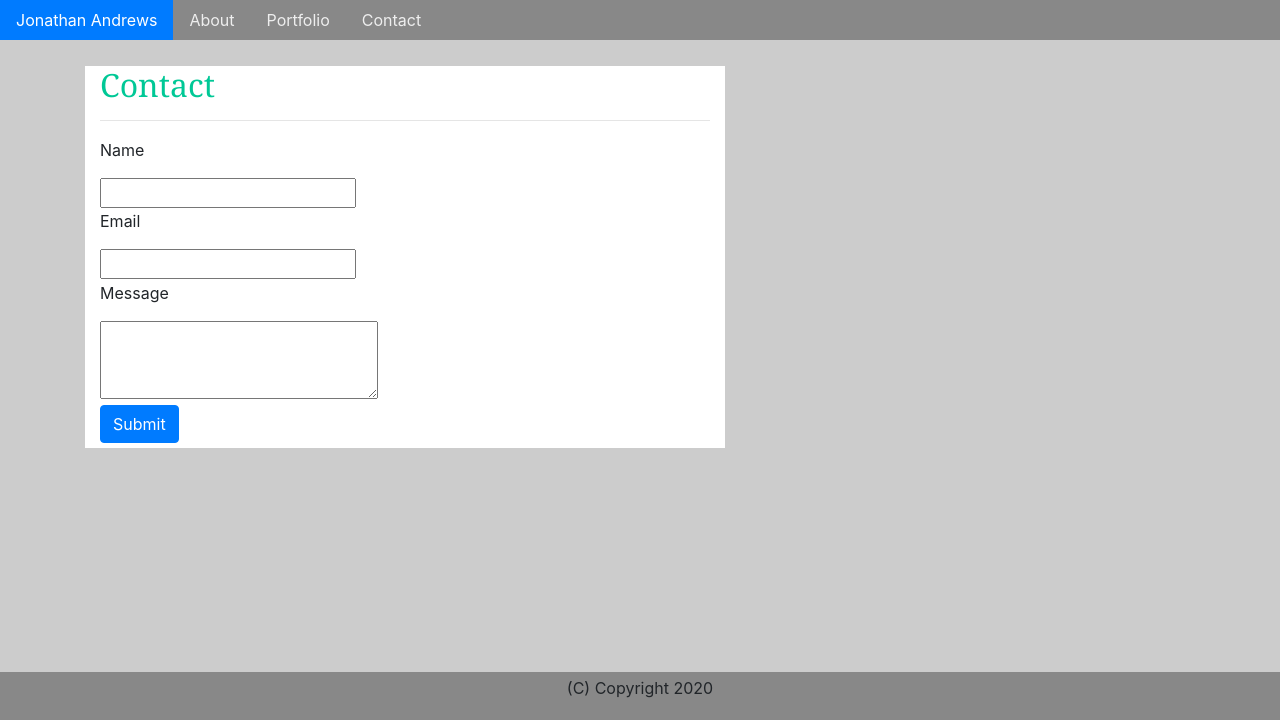
Repository: ionathas78/ionathas78.github.io
Page: contact.html
These files come from the project's save history. The page is drawn as it stood at one moment and after the next save; the edit follows.
The browser window is 1280 px wide. The pictures show the whole page.

Above is the page before, as saved 2020-03-17 14:48:25.

### contact.html
<!DOCTYPE html>
<html lang="en">
<head>
    <meta charset="UTF-8">
    <meta name="viewport" content="width=device-width, initial-scale=1.0">
    <title>Jonathan Andrews</title>

    <link rel="stylesheet" href="https://stackpath.bootstrapcdn.com/bootstrap/4.4.1/css/bootstrap.min.css" integrity="sha384-Vkoo8x4CGsO3+Hhxv8T/Q5PaXtkKtu6ug5TOeNV6gBiFeWPGFN9MuhOf23Q9Ifjh" crossorigin="anonymous">
</head>
<body style="background-color: #ccc">
    <header>
        <ul class="nav" style="background-color: #888">
            <li class="nav-item bg-primary">
              <a class="nav-link active" href="#" style="color: white;">Jonathan Andrews</a>
            </li>
            <li class="nav-item">
              <a class="nav-link" href="index.html" style="color: #eee;">About</a>
            </li>
            <li class="nav-item">
              <a class="nav-link active" href="portfolio.html" style="color: #eee;">Portfolio</a>
            </li>
            <li class="nav-item">
                <a class="nav-link active" href="contact.html" style="color: #eee;">Contact</a>
            </li>
        </ul>
    </header>

    <div class="container">
        <div class="row">
            <div class="col-lg-4">
                <div class="container clearfix" style="width: 50vw; max-width: 900px; background-color: white; margin-top: 2vw;">
                    <h2 style="color: rgb(0, 200, 150); font-family: Georgia, 'Times New Roman', Times, serif; font-weight: 300%;">Contact</h2>
                    <hr>
                    <div class="input-group">

                    </div>
                    <p style="padding-top: 0.1vw;">Name</p>
                    <input id="name"></input>
                    <p style="padding-top: 0.05vw;">Email</p>
                    <input id="email"></input>
                    <p style="padding-top: 0.15vw">Message</p>
                    <textarea id="message" rows="3" cols="25"></textarea>
                    <br>
                    <button type="button" class="btn btn-primary" id="submit-btn" style="margin-bottom: 5px">Submit</button>
                    <br>
                </div>
            </div>
        </div>
    </div>

    <footer style="position: fixed; bottom: 0; background-color: #888; width: 100%;">
        <p style="line-height: 200%; text-align: center;">
            (C) Copyright 2020
        </p>
    </footer>
    <!-- JS Scripts -->

    <script src="https://code.jquery.com/jquery-3.4.1.slim.min.js" integrity="sha384-J6qa4849blE2+poT4WnyKhv5vZF5SrPo0iEjwBvKU7imGFAV0wwj1yYfoRSJoZ+n" crossorigin="anonymous"></script>
    <script src="https://cdn.jsdelivr.net/npm/popper.js@1.16.0/dist/umd/popper.min.js" integrity="sha384-Q6E9RHvbIyZFJoft+2mJbHaEWldlvI9IOYy5n3zV9zzTtmI3UksdQRVvoxMfooAo" crossorigin="anonymous"></script>
    <script src="https://stackpath.bootstrapcdn.com/bootstrap/4.4.1/js/bootstrap.min.js" integrity="sha384-wfSDF2E50Y2D1uUdj0O3uMBJnjuUD4Ih7YwaYd1iqfktj0Uod8GCExl3Og8ifwB6" crossorigin="anonymous"></script>
</body>
</html>

After the next save:
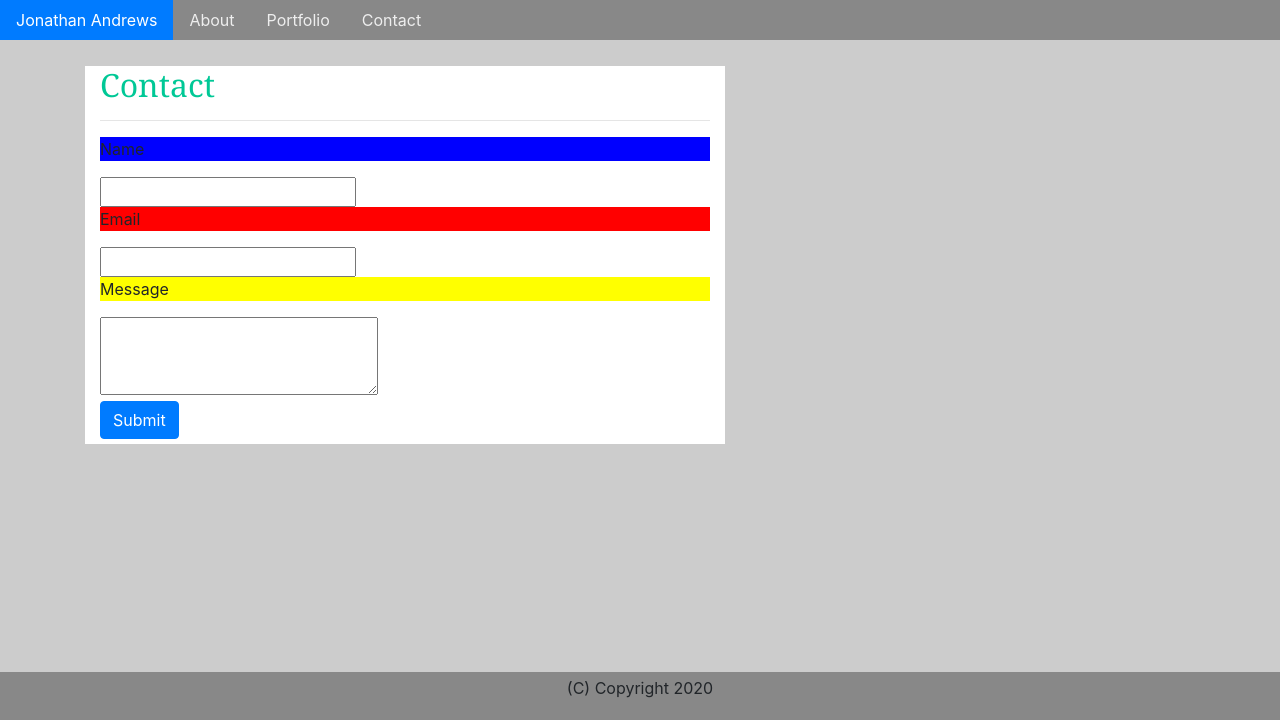
Saved 83 s later.
--- a/contact.html
+++ b/contact.html
@@ -34,11 +34,11 @@
                     <div class="input-group">
 
                     </div>
-                    <p style="padding-top: 0.1vw;">Name</p>
+                    <p style="background-color: blue;">Name</p>
                     <input id="name"></input>
-                    <p style="padding-top: 0.05vw;">Email</p>
+                    <p style="background-color: red;">Email</p>
                     <input id="email"></input>
-                    <p style="padding-top: 0.15vw">Message</p>
+                    <p style="background-color: yellow;"">Message</p>
                     <textarea id="message" rows="3" cols="25"></textarea>
                     <br>
                     <button type="button" class="btn btn-primary" id="submit-btn" style="margin-bottom: 5px">Submit</button>
